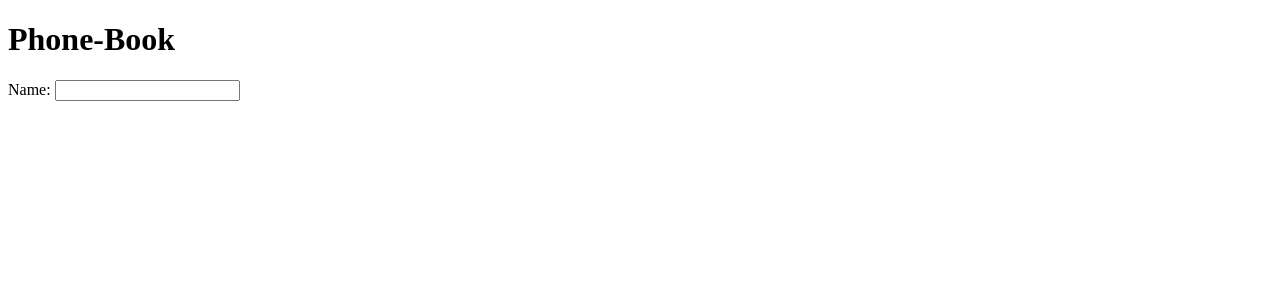
Repository: STA1357/Phone-book
Page: Inner.html
An editor plug-in stored every save of this project. The page is shown before and after the next save, followed by the edit.
The browser window is 1280 px wide. The pictures show the whole page.

Above is the page before, as saved 2020-12-08 08:40:32.

After the next save:
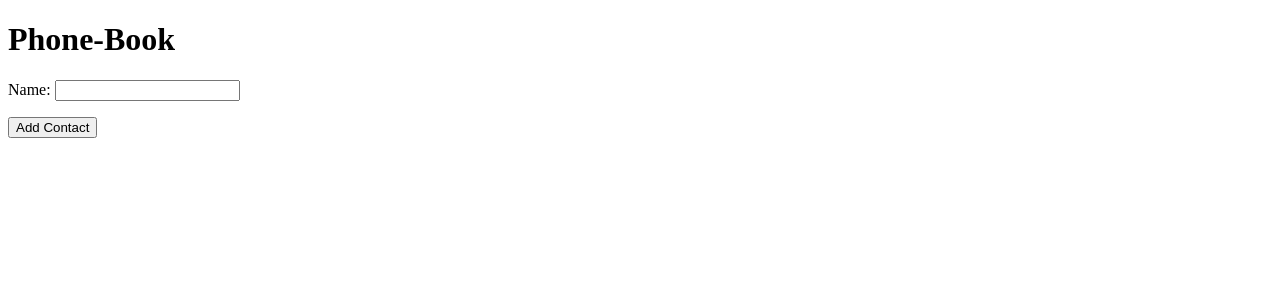
Saved 46 s later.
--- a/Inner.html
+++ b/Inner.html
@@ -20,6 +20,7 @@
             </div>
             <p id="nameOutput"></p>
         </main>
+        <button id="btnAdd">Add Contact</button>
     </form>
 
     <script src="./app.js"></script>
